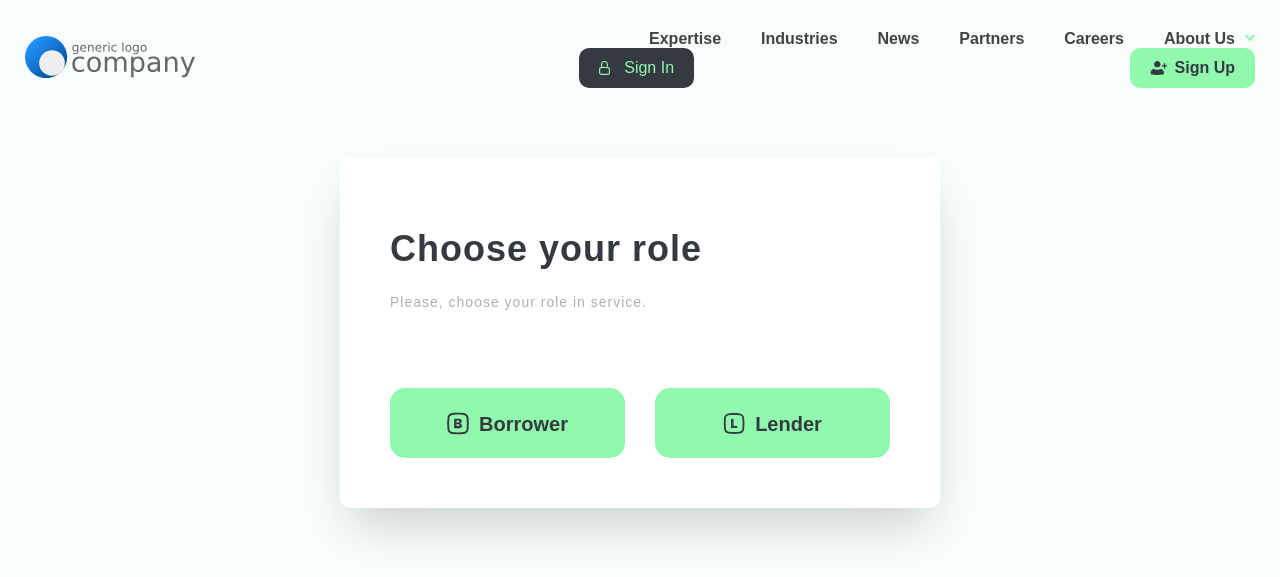
Repository: Andriy-Ma/widgetTask
Page: /
These files come from the project's save history. The page is drawn as it stood at one moment and after the next save; the edit follows.
The browser window is 1280 px wide. The pictures show the whole page.
The page's requests for data from a server got no answer. Some web fonts or font styles are not loaded; a fallback is used. The project was rebuilt for these pictures with package versions that can differ from the ones it lists, and the page was loaded fresh each time. No one was signed in, and anything a server would have sent is missing. Also part of the build but not shown: src/components/Main/SelectedRoleForm/selectedRoleForm.module.css, src/components/Main/SelectedRoleForm/selectedRoleForm.jsx, src/components/Main/AgreeForm/agreeForm.module.css, src/components/Main/AgreeForm/agreeForm.jsx.

Above is the page before, as saved 2022-08-30 17:05:04.

After the next save:
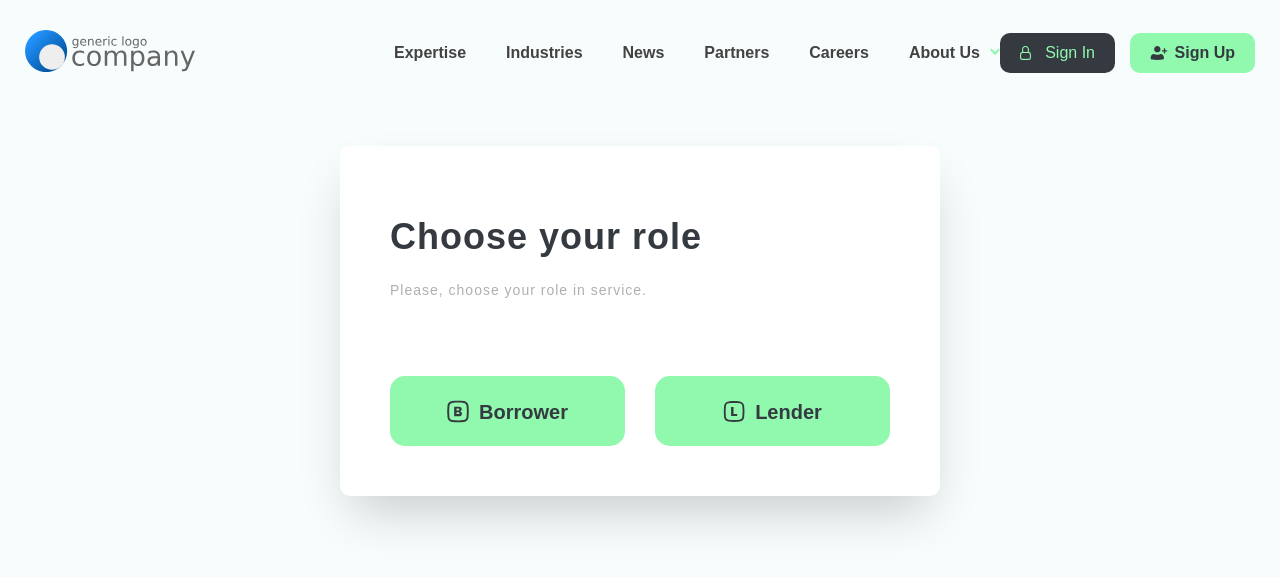
Saved 81 s later.
--- a/src/components/Header/header.jsx
+++ b/src/components/Header/header.jsx
@@ -19,7 +19,7 @@ function Header() {
             <Icon/>
           </a>
         </div>
-        <div className={showMenu ? styles.middleOfHeaderResponsive : undefined}>
+        <div className={showMenu ? styles.middleOfHeaderResponsive : styles.middleOfHeader}>
           <div className={!showMenu ? styles.middleOfHeader : styles.columnMenu }>
             <a href="#expertise">Expertise</a>
             <a href="#industries">Industries</a>
